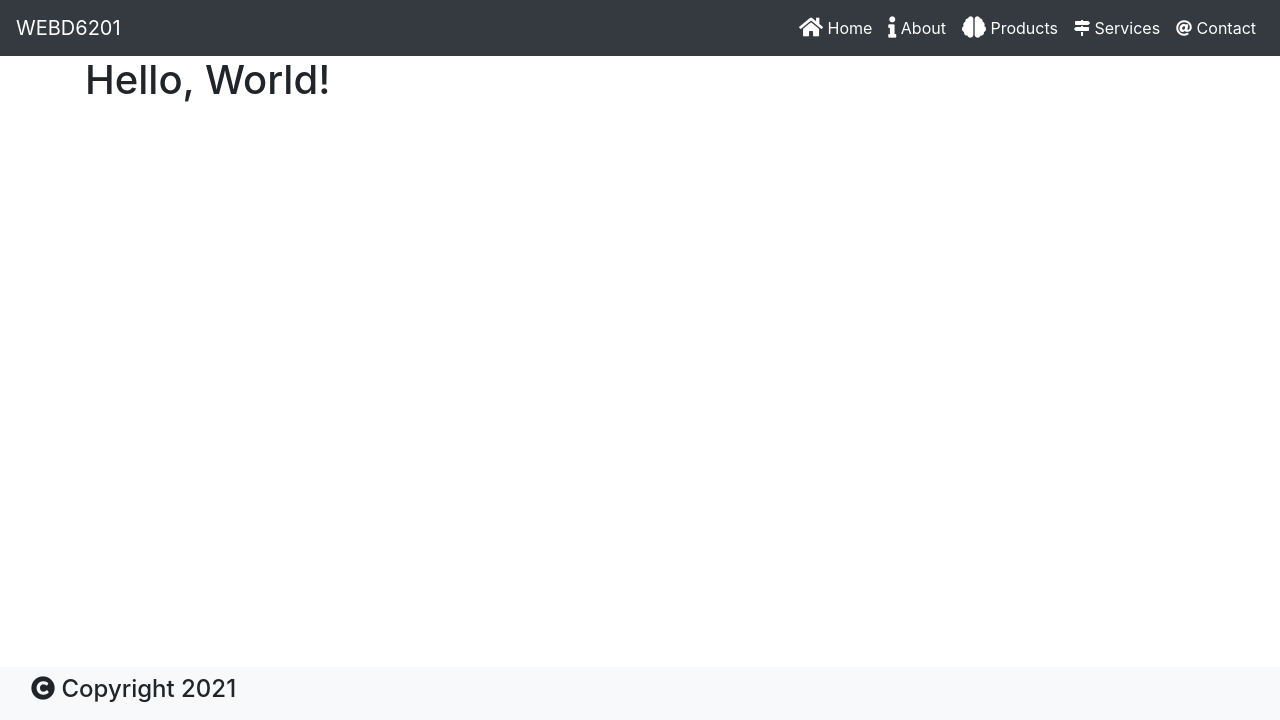
Repository: deividwsantoss/WEBD6201-W2021-Week1-lab1
Page: index.html
The author's editor kept a copy of each file at every save. The page is drawn from the files as they stood at one save, then again after the next save.
The browser window is 1280 px wide. The pictures show the whole page.

Above is the page before, as saved 2021-02-01 20:46:48.

### index.html
<!DOCTYPE html>
<html lang="en">
<head>
    <meta charset="UTF-8">
    <meta name="viewport" content="width=device-width, initial-scale=1.0">
    <title>Hello, World!</title>
    <!-- CSS SEction -->
    <link rel="stylesheet" href="./node_modules/bootstrap/dist/css/bootstrap.min.css">
    <link rel="stylesheet" href="./node_modules/@fortawesome/fontawesome-free/css/all.min.css">
    <link rel="stylesheet" href="./Content/app.css">
</head>
<body>
    <!-- Main Nav -->
    <header>
    <nav class="navbar navbar-expand-lg navbar-dark bg-dark">
        <a class="navbar-brand" href="#">WEBD6201</a>
        <button class="navbar-toggler" type="button" data-toggle="collapse" data-target="#navbarSupportedContent" aria-controls="navbarSupportedContent" aria-expanded="false" aria-label="Toggle navigation">
          <span class="navbar-toggler-icon"></span>
        </button>
        <div class="collapse navbar-collapse" id="navbarSupportedContent">
          <ul class="navbar-nav ml-auto">

            <li class="nav-item">
              <a class="nav-link active" href="#"><i class="fas fa-home fa-lg"></i> Home <span class="sr-only">(current)</span></a>
            </li>

            <li class="nav-item ">
                <a class="nav-link active" href="#"><i class="fas fa-info fa-lg"></i> About  <span class="sr-only">(current)</span></a>
            </li>
            <li class="nav-item ">
                <a class="nav-link active" href="#"><i class="fas fa-brain fa-lg"></i> Products  <span class="sr-only">(current)</span></a>
            </li>
            <li class="nav-item ">
                <a class="nav-link active" href="#"><i class="fas fa-map-signs"></i> Services  <span class="sr-only">(current)</span></a>
            </li>
            <li class="nav-item ">
                <a class="nav-link active" href="#"><i class="fas fa-at"></i> Contact  <span class="sr-only">(current)</span></a>
            </li>
          </ul>
            </div>
      </nav>
    </header>

        <div class="container">
            <h1>Hello, World!</h1>
        </div>


        <footer>
            <nav class="navbar fixed-bottom navbar-light bg-light">
                <div class="container-fluid">
                  <h4><i class="fas fa-copyright"></i> Copyright 2021 </h4>
                </div>
              </nav>
        </footer>




    <!-- JavaScript Section -->
        <script src="./node_modules/jquery/dist/jquery.min.js"></script>
        <script src="./node_modules/bootstrap/dist/js/bootstrap.bundle.min.js"></script>
        <script src="./Scripts/app.js"></script>
</body>
</html>

### Content/app.css
/* Custom css goes here */

### Scripts/app.js
/* Custom scripts goes here */

//IIFE - Immediately invoked function expression
//AKA: Anonymous Self-Executing Function

(function()
{

    //initialization function
    function Start()
    {
        console.log("App Started...");
    }

    //event listener
    window.addEventListener("load",Start);

})();

Loaded but not shown: node_modules/bootstrap/dist/css/bootstrap.min.css (library); node_modules/@fortawesome/fontawesome-free/css/all.min.css (library); node_modules/jquery/dist/jquery.min.js (library); node_modules/bootstrap/dist/js/bootstrap.bundle.min.js (library)

After the next save:
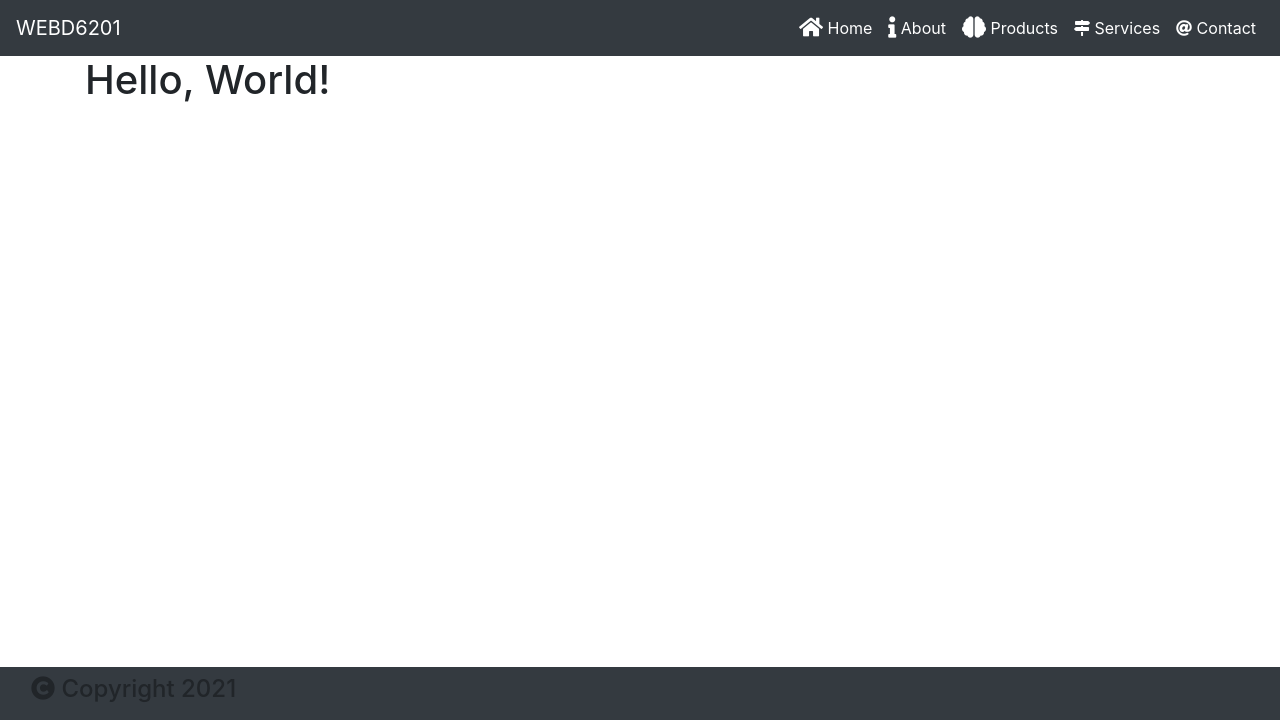
Saved 62 s later.
--- a/index.html
+++ b/index.html
@@ -47,7 +47,7 @@
 
 
         <footer>
-            <nav class="navbar fixed-bottom navbar-light bg-light">
+            <nav class="navbar fixed-bottom navbar-dark bg-dark">
                 <div class="container-fluid">
                   <h4><i class="fas fa-copyright"></i> Copyright 2021 </h4>
                 </div>

After the save that followed:
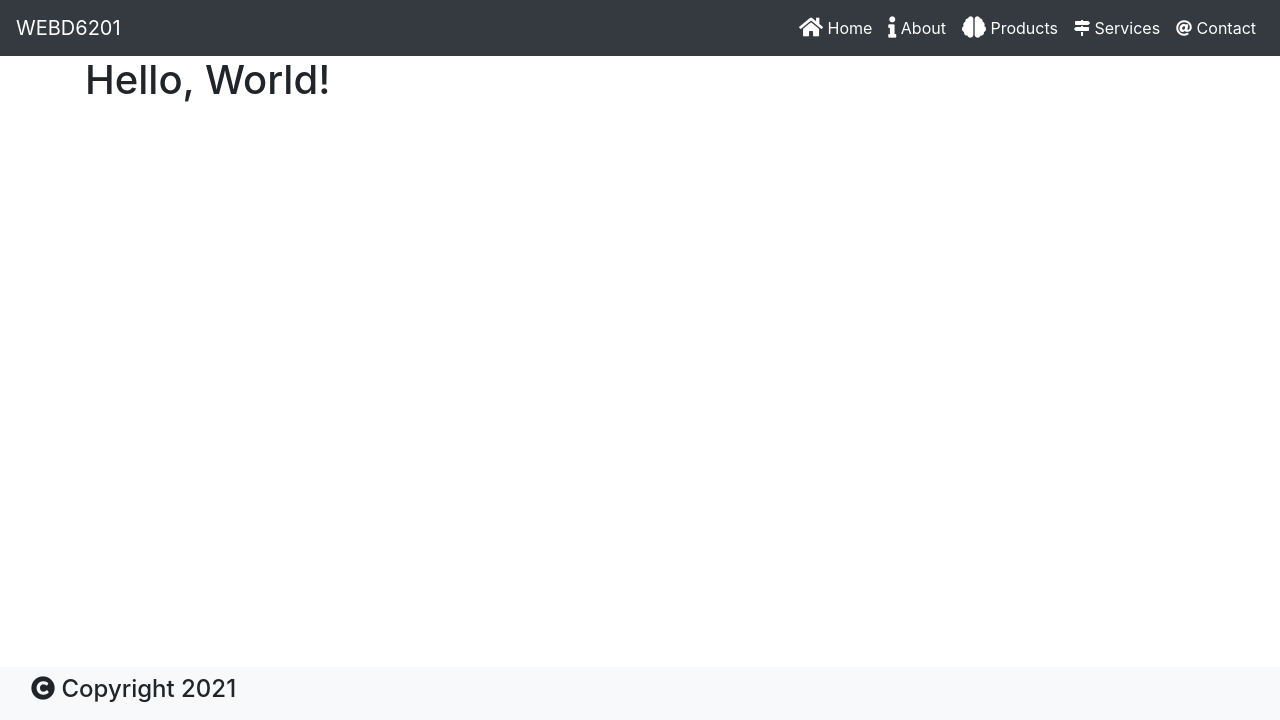
Saved 34 s later.
--- a/index.html
+++ b/index.html
@@ -47,7 +47,7 @@
 
 
         <footer>
-            <nav class="navbar fixed-bottom navbar-dark bg-dark">
+            <nav class="navbar fixed-bottom navbar-light bg-light">
                 <div class="container-fluid">
                   <h4><i class="fas fa-copyright"></i> Copyright 2021 </h4>
                 </div>
